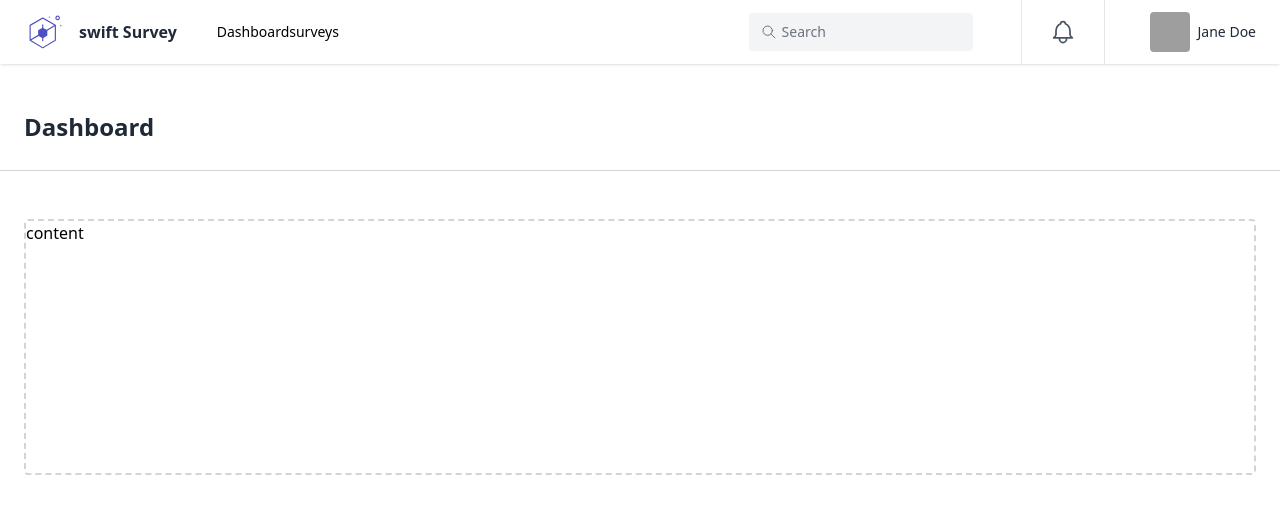
Repository: thomsontochi/swiftSurvey
Page: /dashboard (app in vue/)
The author's editor kept a copy of each file at every save. The page is drawn from the files as they stood at one save, then again after the next save.
The browser window is 1280 px wide. The pictures show the whole page.
Pictures or frames that could not be fetched are drawn as grey boxes. The project was rebuilt for these pictures with package versions that can differ from the ones it lists, and the page was loaded fresh each time. Also part of the build but not shown: vue/vite.config.js, vue/src/views/Login.vue, vue/src/views/Register.vue, vue/src/views/Surveys.vue, vue/src/components/AuthLayout.vue, vue/src/components/Pages/Welcome.vue.

Above is the page before, as saved 2022-07-16 19:57:54.

After the next save:
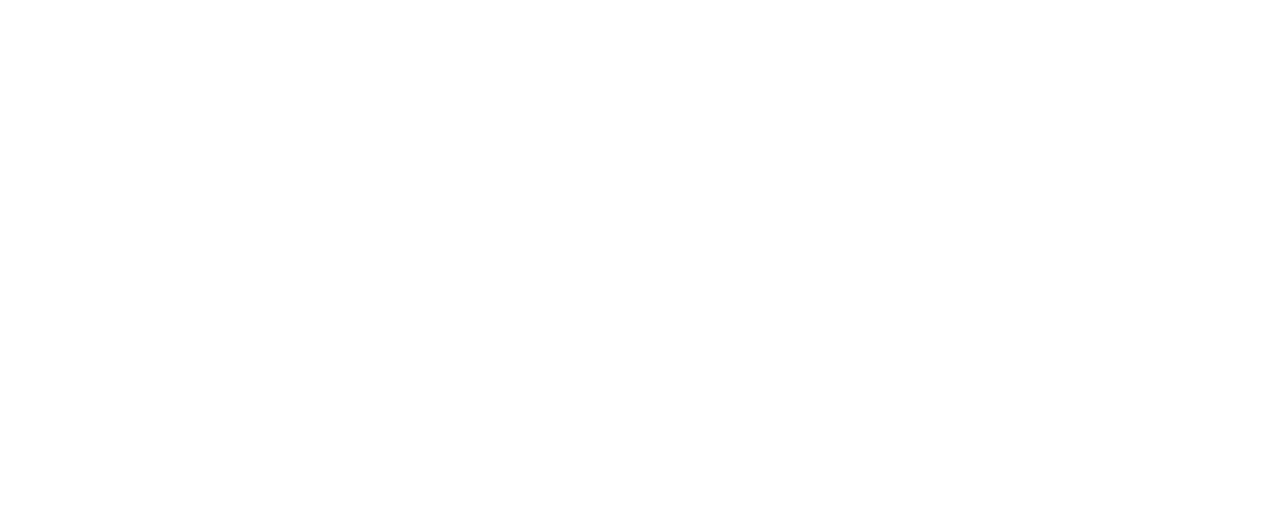
Console error: TypeError: Cannot read properties of undefined (reading 'name')
Saved 12 s later.
--- a/vue/src/components/DefaultLayout.vue
+++ b/vue/src/components/DefaultLayout.vue
@@ -19,9 +19,7 @@
                     <ul class="pr-12 xl:flex items-center h-full hidden">
                         <li class="hover:text-indigo-700 cursor-pointer h-full flex items-center text-sm  tracking-normal">
                          <router-link
-                         v-for="item in navigation"
-                          :key="item.name"
-                          :to="item.to"
+
                          >
                               {{item.name}}
                         </router-link>

After the save that followed:
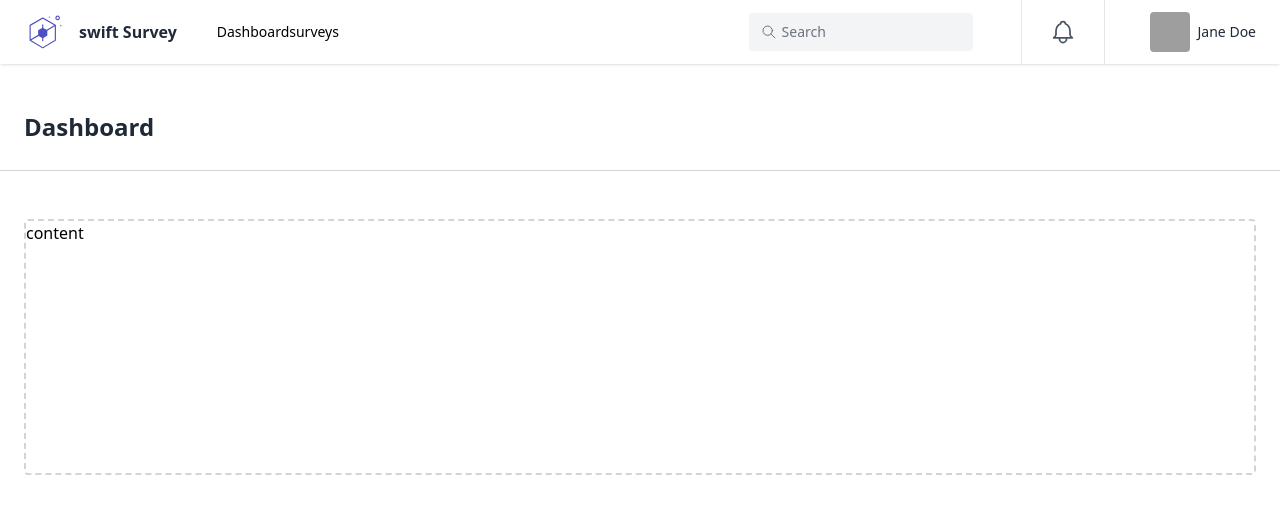
The error is gone.
Saved 55 s later.
--- a/vue/src/components/DefaultLayout.vue
+++ b/vue/src/components/DefaultLayout.vue
@@ -19,7 +19,7 @@
                     <ul class="pr-12 xl:flex items-center h-full hidden">
                         <li class="hover:text-indigo-700 cursor-pointer h-full flex items-center text-sm  tracking-normal">
                          <router-link
-
+                          v-for="item in navigation"
                          >
                               {{item.name}}
                         </router-link>
